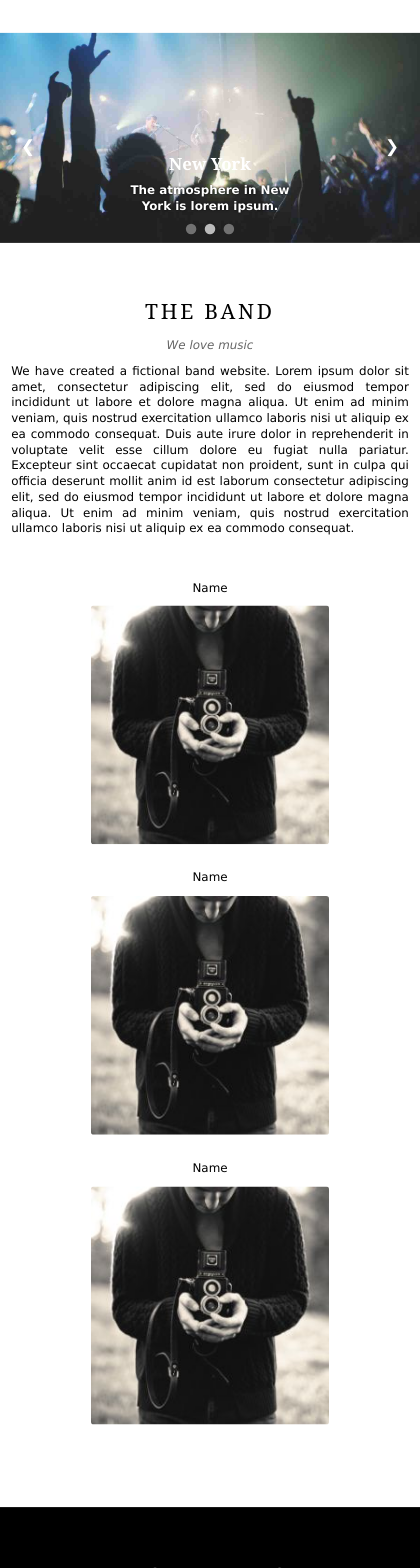
Repository: tam1512/The-Band
Page: index.html
The author's editor kept a copy of each file at every save. The page is drawn from the files as they stood at one save, then again after the next save.
The browser window is 600 px wide. The pictures show the part of the page from y = 0 to 2240 px (the page is 5666 px tall), at 70% of full size.
Some web libraries are served in a nearby version.

Above is the page before, as saved 2022-07-28 11:15:34.

### index.html
<!DOCTYPE html>
<html lang="en">
  <head>
    <meta charset="UTF-8" />
    <meta http-equiv="X-UA-Compatible" content="IE=edge" />
    <meta name="viewport" content="width=device-width, initial-scale=1.0" />
    <link
      rel="stylesheet"
      href="https://cdnjs.cloudflare.com/ajax/libs/font-awesome/6.1.1/css/all.min.css"
      integrity="sha512-KfkfwYDsLkIlwQp6LFnl8zNdLGxu9YAA1QvwINks4PhcElQSvqcyVLLD9aMhXd13uQjoXtEKNosOWaZqXgel0g=="
      crossorigin="anonymous"
      referrerpolicy="no-referrer"
    />
    <link rel="stylesheet" href="./assets/css/style.css" />
    <link rel="stylesheet" href="assets/css/responsive.css">
    <title>The Band</title>
  </head>
  <body>
    <div class="container">
      <!-- header -->
      <div class="header" id="home">
        <ul class="header_nav">
          <li><a href="#">HOME</a></li>
          <li><a href="#band">BAND</a></li>
          <li><a href="#tour">TOUR</a></li>
          <li><a href="#contact">CONTACT</a></li>
          <li class="header_nav_dropdown">
            <a href="javascript:void(0)" class="dropbtn">
              MORE
              <i class="fa-solid fa-caret-down"></i>
            </a>
            <div class="dropdown-content">
              <a href="#">Merchandise</a>
              <a href="#">Extras</a>
              <a href="#">Media</a>
            </div>
          </li>
        </ul>
        <div id="header_search">
          <i class="fa-solid fa-magnifying-glass text-white"></i>
        </div>
        <div class="main-menu text-white" title="Main menu">
          <i class="fa-solid fa-bars"></i>
        </div>
      </div>
      <!-- Slideshow container -->
      <div class="slider">
        <!-- Full-width image with caption text -->
        <div class="slider_slides-cont">
          <div class="slider_slide">
            <img src="assets/img/la.jpg" alt="Los Angeles" />
            <div class="text padding-32-16 text-white">
              <h3 class="fz-24 margin-10-0">Los Angeles</h3>
              <p class="margin-15-0">
                <b class="text-shadow">We had the bes time playing at Venice Beach!</b>
              </p>
            </div>
          </div>

          <div class="slider_slide">
            <img src="assets/img/ny.jpg" alt="New York" />
            <div class="text padding-32-16 text-white">
              <h3 class="fz-24 margin-10-0">New York</h3>
              <p class="margin-15-0">
                <b class="text-shadow">The atmosphere in New York is lorem ipsum.</b>
              </p>
            </div>
          </div>

          <div class="slider_slide">
            <img src="assets/img/chicago.jpg" alt="Chicago" />
            <div class="text padding-32-16 text-white">
              <h3 class="fz-24 margin-10-0">Chicago</h3>
              <p class="margin-15-0">
                <b class="text-shadow">Thank you, Chicago - A night we won't forget</b>
              </p>
            </div>
          </div>
        </div>

        <!-- The pagination/circles -->
         <div class="slider_pagination"></div>

        <!-- Next and previous buttons (navigatin slide)-->
        <a class="prev">&#10094</a>
        <a class="next">&#10095</a>
      </div>
      <div class="content">
          <div class="padding-64-16 text-center" id="band">
            <h2 class="tilte fz-30 margin-10-0">THE BAND</h2>
            <p class="margin-15-0"><i class="sub-title opacity">We love music</i></p>
            <p class="band_content margin-15-0 text-justify">We have created a fictional band website. Lorem ipsum dolor sit amet, consectetur adipiscing elit, sed do eiusmod tempor incididunt ut labore et dolore magna aliqua. Ut enim ad minim veniam, quis nostrud exercitation ullamco laboris nisi ut aliquip ex ea commodo consequat. Duis aute irure dolor in reprehenderit in voluptate velit esse cillum dolore eu fugiat nulla pariatur. Excepteur sint occaecat cupidatat non proident, sunt in culpa qui officia deserunt mollit anim id est laborum consectetur adipiscing elit, sed do eiusmod tempor incididunt ut labore et dolore magna aliqua. Ut enim ad minim veniam, quis nostrud exercitation ullamco laboris nisi ut aliquip ex ea commodo consequat.</p>
            <div class="row band_members padding-32-0">
              <div class="third band_member m-full">
                <p class="margin-15-0">Name</p>
                <img src="assets/img/bandmember.jpg" alt="band member" class="band_member_img margin-bottom-16">
              </div>
              <div class="third band_member m-full">
                <p class="margin-15-0">Name</p>
                <img src="assets/img/bandmember.jpg" alt="band member" class="band_member_img margin-bottom-16">
              </div>
              <div class="third band_member m-full">
                <p class="margin-15-0">Name</p>
                <img src="assets/img/bandmember.jpg" alt="band member" class="band_member_img margin-bottom-16">
              </div>
            </div>
          </div>
          <div class="backgroud-black" id="tour">
            <div class="tour-container padding-64-16 text-center text-white">
              <h2 class="tilte fz-30 margin-10-0">TOUR DATES</h2>
              <p class="margin-15-0"><i class="sub-title opacity">Remember to book your tickets!</i></p>
              <br>
              <ul class="list-month backgroud-white">
                <li class="month-item padding-8-16 boder-bottom">
                  <p class="month text-grey">September</p>
                  <span class="ticket-sold-out text-white">Sold out</span>
                </li>
                <li class="month-item padding-8-16 boder-bottom">
                  <p class="month text-grey">October</p>
                  <span class="ticket-sold-out text-white">Sold out</span>
                </li>
                <li class="month-item padding-8-16 boder-bottom">
                  <p class="month text-grey">November</p>
                  <span class="ticket-still text-white">3</span>
                </li>
              </ul>

              <div class="row ticket-list padding-32-8">
                <div class="ticket-wrap third margin-bottom-16 padding-0-8 m-full">
                  <img class="ticket-img img" src="assets/img/newyork.jpg" alt="Ticket New Yourk">
                  <div class="ticket-content padding-0-16 backgroud-white text-left">
                    <p class="ticket-name margin-15-0 text-black"><b>New Yourk</b></p>
                    <p class="ticket-time margin-15-0 text-grey">Fri 27 Nov 2016</p>
                    <p class="ticket-desc margin-15-0 text-black">Praesent tincidunt sed tellus ut rutrum sed vitae justo.</p>
                    <button class="btn-buy-ticket btn margin-bottom-16">Buy Ticket</button>
                  </div>
                </div>
                <div class="ticket-wrap third margin-bottom-16 padding-0-8 m-full">
                  <img class="ticket-img img" src="assets/img/paris.jpg" alt="Ticket Chicago">
                  <div class="ticket-content padding-0-16 backgroud-white text-left">
                    <p class="ticket-name margin-15-0 text-black"><b>Paris</b></p>
                    <p class="ticket-time margin-15-0 text-grey">Sat 28 Nov 2016</p>
                    <p class="ticket-desc margin-15-0 text-black">Praesent tincidunt sed tellus ut rutrum sed vitae justo.</p>
                    <button class="btn-buy-ticket btn margin-bottom-16">Buy Ticket</button>
                  </div>
                </div>
                <div class="ticket-wrap third margin-bottom-16 padding-0-8 m-full">
                  <img class="ticket-img img" src="assets/img/sanfran.jpg" alt="Ticket San Francisco">
                  <div class="ticket-content padding-0-16 backgroud-white text-left">
                    <p class="ticket-name margin-15-0 text-black"><b>San Francisco</b></p>
                    <p class="ticket-time margin-15-0 text-grey">Sun 29 Nov 2016</p>
                    <p class="ticket-desc margin-15-0 text-black">Praesent tincidunt sed tellus ut rutrum sed vitae justo.</p>
                    <button class="btn-buy-ticket btn margin-bottom-16">Buy Ticket</button>
                  </div>
                </div>
              </div>
            </div>
          </div>
          <div class="padding-64-16 text-center" id="contact">
            <h2 class="tilte fz-30 margin-10-0">CONTACT</h2>
            <p class="margin-15-0"><i class="sub-title opacity">Fan? Drop a note!</i></p>
            <div class="row padding-32-0">
              <div class="contact_content half margin-bottom-16 text-left">
                <p class="margin-bottom-8" id="contact_adress">
                  <i class="fa-solid fa-location-dot"></i>
                  Chicago, US
                </p>
                <p class="margin-bottom-8" id="contact_phone">
                  <i class="fa-solid fa-phone"></i>
                  Phone: <a href="tel:+00 151515">+00 151515</a>
                </p>
                <p class="margin-bottom-8" id="contact_email">
                  <i class="fa-solid fa-envelope"></i>
                  Email: <a href="mailto:mail@mail.com">mail@mail.com</a>
                </p>
              </div>
              <div class="contact_form half row s-m-full">
                <form >
                  <div class="row row-padding name_email_form">
                    <div class="half m-full m-mr-bottom-8">
                      <input type="text" name="contact_name" id="contact_name" class="input full" placeholder="Name" required>
                    </div>
                    <div class="half m-full">
                      <input type="email" name="contact_email" id="contact_email" class="input full" placeholder="Email" required>
                    </div>
                  </div>
                  <input type="text" name="contact_message" id="contact_message" class="full input" placeholder="Message" required>
                  <input type="submit" class="btn right margin-16-0" value="SEND"></input>
                </form>
              </div>
            </div>
          </div>
          <!-- img of location/ map -->
          <img src="assets/img/map.jpg" alt="Location/Map" class="img-map img">
      </div>
      <div class="footer padding-64-16 text-center text-grey">
        <div class="social-media fz-24">
          <i class="fa-brands fa-facebook-square"></i>
          <i class="fa-brands fa-instagram"></i>
          <i class="fa-brands fa-snapchat"></i>
          <i class="fa-brands fa-pinterest-p"></i>
          <i class="fa-brands fa-twitter"></i>
          <i class="fa-brands fa-linkedin-in"></i>
        </div>
        <p class="powered margin-15-0">
          Powered by
          <a class="text-grey" href="javascript:void(0);" target="_blank">w3.css</a>
        </p>
      </div>
    </div>
    <!-- Ticket modal -->
    <div id="ticketModal">
     <div class="ticket-modal-content">
       <div class="modal-heading padding-32-16">
         <span class="btn-ticket-out btn">&times;</span>
         <h2 class="ticket-title text-center text-white fz-30">
           <i class="fa-solid fa-suitcase"></i>
           Tickets
         </h2>
       </div>
       <form class="ticket-form padding-0-16">
         <label class="ticket-form-label margin-16-0" for="quantity_person">
           <i class="fa-solid fa-cart-shopping"></i>
           Tickets, $15 per person
         </label>
         <input type="text" class="input full" id="quantity_person" name="quantity_person" placeholder="How many?">
         <label class="ticket-form-label margin-16-0" for="email">
           <i class="fa-solid fa-user"></i>
           Send To
         </label>
         <input type="email" class="input full" id="email" name="email" placeholder="Enter email">
         <a href="javascipt:void(0)" class="big-btn btn margin-16-0">
           Pay
           <i class="fa-solid fa-check"></i>
         </a>
       </form>
       <div class="modal-footer padding-0-16">
         <button class="ticket-footer-close btn margin-16-0">
           Close
           <i class="fa-solid fa-xmark"></i>
         </button>
         <p class="ticket-help margin-15-0">
           Need
           <a href="javascript::void(0);">help?</a>
         </p>
       </div>
     </div>
    </div>
    <script src="assets/js/js.js"></script>
  </body>
</html>

### assets/css/style.css
:root {
}

* {
  padding: 0em;
  margin: 0;
  box-sizing: border-box;
}

body {
  font-family: Verdana, sans-serif;
  font-size: 15px;
  line-height: 22.5px;
}

html {
  scroll-behavior: smooth;
}

h1,
h2,
h3,
h4,
h5,
h6 {
  font-family: Georgia, serif;
}

.row:after {
  content: "";
  display: table;
  clear: both;
}

.row-padding {
  padding: 0 8px;
}

.row-padding > .half {
  padding: 0 8px;
}

.third {
  float: left;
  width: calc(100% / 3);
}

.half {
  float: left;
  width: 50%;
}

.full {
  width: 100%;
}

.right {
  float: right;
}

.fz-24 {
  font-size: 24px;
}

.fz-30 {
  font-size: 30px;
}

.text-white {
  color: white;
}

.text-grey {
  color: #757575;
}

.text-black {
  color: #000;
}

.opacity {
  opacity: 0.6 !important;
}

.backgroud-black {
  background-color: #000;
}

.backgroud-white {
  background-color: #fff;
}

.text-center {
  text-align: center;
}

.text-justify {
  text-align: justify;
}

.text-left {
  text-align: left;
}

.padding-0-8 {
  padding: 0.01em 8px !important;
}

.padding-0-16 {
  padding: 0.01em 16px !important;
}

.padding-64-16 {
  padding: 64px 16px !important;
}

.padding-32-16 {
  padding: 32px 16px !important;
}

.padding-32-8 {
  padding: 32px 8px !important;
}

.padding-32-0 {
  padding: 32px 0 !important;
}

.padding-8-16 {
  padding: 8px 16px !important;
}

.padding-32 {
  padding: 32px !important;
}

.margin-0-24 {
  margin: 0 24px !important;
}

.margin-10-0 {
  margin: 10px 0 !important;
}

.margin-15-0 {
  margin: 15px 0 !important;
}

.margin-16-0 {
  margin: 16px 0 !important;
}

.margin-bottom-16 {
  margin-bottom: 16px !important;
}

.margin-bottom-8 {
  margin-bottom: 8px !important;
}

.text-shadow {
  text-shadow: 0 0 3px #000;
}

.boder-bottom {
  border-bottom: 1px solid #ddd;
}

.btn {
  display: inline-block;
  text-decoration: none;
  color: white;
  border: none;
  outline: none;
  padding: 8px 16px;
  background-color: #000;
  line-height: 22.5px;
  font-size: 15px;
  text-align: center;
  cursor: pointer;
}

.btn:hover {
  background-color: #ccc;
  color: #000;
}

.img {
  width: 100%;
  outline: none;
  vertical-align: middle;
}

.header {
  position: fixed;
  top: 0;
  right: 0;
  left: 0;
  z-index: 2;
}

.header_nav {
  list-style-type: none;
  background-color: #000;
  overflow: hidden;
}

.header_nav > li {
  float: left;
}

.header_nav > li > a,
.dropbtn {
  display: inline-block;
  padding: 12px 24px;
  text-align: center;
  color: #fff;
  text-decoration: none;
}

.header_nav > li > a:hover,
.header_nav_dropdown:hover,
.dropbtn:hover,
.dropdown-content a:hover {
  background-color: #ccc;
  color: black;
}

li.header_nav_dropdown {
  display: inline-block;
  /* position: relative; */
}

.dropdown-content {
  display: none;
  position: absolute;
  min-width: 160px;
  background-color: #fff;
  box-shadow: 0px 8px 16px 0px rgba(0, 0, 0, 0.2);
  z-index: 1;
}

.dropdown-content a {
  color: #000 !important;
  text-align: left;
  padding: 8px 16px;
  display: block;
  text-decoration: none;
}

.header_nav_dropdown:hover .dropdown-content {
  display: block;
}

#header_search {
  position: absolute;
  top: 0;
  right: 0;
  padding: 12px 24px;
}

#header_search:hover {
  background-color: #f44336;
}

/* Slider */
/* Slideshow container */
.slider {
  top: 47px;
}

.slider,
.slider_slides-cont {
  max-width: 100%;
  height: auto;
  position: relative;
  margin: auto;
}

/* Hide the images by default */
.slider_slide {
  display: none;
}

.slider_slide:first-child {
  display: block;
}

.slider_slides-cont img {
  width: 100%;
  height: 100%;
}

/* Next & previous buttons */
.prev,
.next {
  cursor: pointer;
  position: absolute;
  top: 50%;
  transform: translate(0, -50%);
  margin: 10px;
  padding: 24px 20px;
  color: #fff;
  font-weight: bold;
  font-size: 24px;
  transition: background-color 0.6s ease;
  border-radius: 5px 5px 5px 5px;
  user-select: none;
}

/* Position the "next button" to the right */
.next {
  right: 0;
  border-radius: 5px 5px 5px 5px;
}

/* On hover, add a black backgroound color with a little bit see-through */
.prev:hover,
.next:hover {
  background-color: rgba(191, 191, 191, 0.6);
  color: rgb(26, 23, 23);
  font-weight: bolder;
}

/* Caption text */
.text {
  position: absolute;
  left: 50%;
  transform: translate(-50%, -100%);
  text-align: center;
}

.slider_pagination {
  position: absolute;
  left: 50%;
  transform: translate(-50%, -120%);
}

.slider_pagination_btn {
  cursor: pointer;
  padding: 6px;
  background-color: transparent;
  display: inline-block;
  transition: background-color 0.6s ease;
}

.slider_pagination_btn::before {
  content: "";
  display: inline-block;
  height: 15px;
  width: 15px;
  border-radius: 50%;
  background-color: #717171;
}
.slider_pagination_btn.slider_pagination_btn--sel::before,
.slider_pagination_btn:hover::before {
  background-color: #bbb;
}

/* content */

.content {
  margin-top: 41px;
}

#band,
.tour-container,
#contact {
  max-width: 800px;
  margin-left: auto;
  margin-right: auto;
}

.tilte {
  font-weight: normal;
  line-height: 45px;
  letter-spacing: 4px;
}

/* band */
/* Third image */

.band_member_img {
  width: 60%;
  border-radius: 4px;
}

/* Month ticket */
.list-month {
  list-style-type: none;
  text-align: left;
}

.month-item {
  position: relative;
}

.month {
  display: inline-block;
}

.ticket-sold-out {
  display: inline-block;
  background-color: #f44336;
  padding: 0.01em 8px;
  margin-left: 16px;
}

.ticket-still {
  display: inline-block;
  padding: 0.01em 8px;
  position: absolute;
  right: 32px;
  text-align: center;
  background-color: #000;
  border-radius: 50%;
}

/* ticket list */
.ticket-list {
  margin: 0 -16px;
}

.ticket-img:hover {
  opacity: 0.6;
}

/* ticket modal */
#ticketModal {
  display: none;
  position: fixed;
  top: 0;
  right: 0;
  bottom: 0;
  left: 0;
  overflow: auto;
  background-color: rgba(0, 0, 0, 0.4);
  z-index: 3;
}

.ticket-modal-content {
  position: relative;
  top: 49px;
  width: 500px;
  margin: auto;
  background-color: #fff;
  box-shadow: 0 4px 10px 0 rgb(0 0 0 / 20%), 0 4px 20px 0 rgb(0 0 0 / 19%);
  animation: animationtop 0.4s;
}

.modal-heading {
  background-color: #009688;
}

.ticket-title {
  font-weight: normal;
  letter-spacing: 4px;
  margin: 10px 0;
  line-height: 45px;
}

.ticket-title i {
  margin-right: 8px;
}

.btn-ticket-out {
  position: absolute;
  top: 0;
  right: 0;
  font-size: 20px;
  line-height: 36px;
  background-color: transparent;
}

.ticket-form-label {
  display: block;
}

.ticket-form-label i {
  line-height: 15px;
  font-size: 13px;
}

.input {
  display: block;
  padding: 8px;
  font-size: 15px;
  line-height: 22.5px;
  border: 1px solid #ccc;
  background-color: #fff;
}

.big-btn {
  padding: 16px;
  background-color: #009688;
  width: 100%;
  text-transform: uppercase;
}

/* modal footer */
.ticket-footer-close {
  line-height: 20px;
  background-color: #f44336;
}

.ticket-help {
  float: right;
}

.ticket-help a {
  color: #2196f3;
}

.modal-footer::after {
  content: "";
  clear: both;
}

@keyframes animationtop {
  from {
    top: -300px;
    opacity: 0;
  }
  to {
    top: 49px;
    opacity: 1;
  }
}

/* CONTACT */
.contact_content {
  font-size: 18px;
  font-weight: normal;
}

.contact_content > p > i {
  width: 30px;
}

.name_email_form {
  margin: 0 -16px 8px;
}

/* img location/map */
.img-map {
  max-width: 100%;
  filter: grayscale(50%);
}

/* footer */
.social-media > i:hover {
  opacity: 0.6;
  cursor: pointer;
}

### assets/css/responsive.css
/* PC */
@media (min-width: 1024px) {
}

/* tablet and mobile */
@media (max-width: 1023px) {
}

/* tablet */
@media (max-width: 1023px) and (min-width: 740px) {
}

/* mobile */
@media (max-width: 739px) {
  body {
    font-size: 17px;
  }

  .btn {
    padding: 13px 16px;
    width: 100%;
  }

  .m-full {
    width: 100%;
  }
  .m-mr-bottom-8 {
    margin-bottom: 8px;
  }

  /* header  */
  #header_search {
    display: none;
  }

  .main-menu {
    position: absolute;
    top: 0;
    right: 0;
    padding: 12px 24px;
  }

  .main-menu:hover {
    background-color: #ccc;
    cursor: pointer;
    color: #000;
  }

  .header_nav > li {
    display: none;
    float: none;
  }

  .dropdown-content {
    width: 100%;
  }
}

/* small-moblie */
@media (max-width: 636px) {
  .s-m-full {
    width: 100%;
  }
}

### assets/js/js.js
let currentIndex = 0;
let newIndex = 0;
let autoplay = true;

//tạo một object cho việc tự động chuyển slide
let Autoplay = {
  timerID: null,
  interval: 4000,

  start: function () {
    this.timerID = setInterval(function () {
      newIndex++;
      navigateSlider();
    }, this.interval);
  },

  reset: function () {
    clearInterval(this.timerID);
    this.start();
  },
};

let slideElements = document.getElementsByClassName("slider_slide");
let slidesLength = slideElements.length;
let paginationElement = document.getElementsByClassName("slider_pagination")[0];
let prevElement = document.getElementsByClassName("prev")[0];
let nextElement = document.getElementsByClassName("next")[0];
// variable modal
let modal = document.getElementById("ticketModal");
let headerModalOut = document.getElementsByClassName("btn-ticket-out")[0];
let footerModalOut = document.getElementsByClassName("ticket-footer-close")[0];
let btnBuyTickets = document.getElementsByClassName("btn-buy-ticket");
// SLIDER
// lấy sự kiện click của 2 nut prev và next
prevElement.addEventListener("click", function () {
  newIndex--;
  navigateSlider();
});

nextElement.addEventListener("click", function () {
  newIndex++;
  navigateSlider();
});

// tạo số dot tương ứng với số slide
paginationHTML = [];
for (let i = 0; i < slidesLength; i++) {
  paginationHTML.push(
    `<span class="slider_pagination_btn" data-index="${i}"></span>`
  );
}
// Thêm paginationHTML vào bên trong thẻ HTML
paginationElement.innerHTML = paginationHTML.join("");

//kiểm tra xem đã có phần tử chứa class="slider_pagination_btn" chưa? nếu có lấy giá trị trong data-index của nó gán cho newIndex
paginationElement.addEventListener("click", function (e) {
  let target = e.target;
  if (target.classList.contains("slider_pagination_btn")) {
    newIndex = Number(target.getAttribute("data-index"));
    navigateSlider();
  }
});

// Hàm hiện thị slide
function navigateSlider() {
  // Kiểm tra để newIndex luôn nằm trong khoảng từ 0 -> slideLength
  if (newIndex < 0) {
    newIndex = slidesLength - 1;
  } else if (newIndex > slidesLength - 1) {
    newIndex = 0;
  }

  //Thêm và xóa slider_pagination_btn--sel
  paginationElement.childNodes[currentIndex].classList.remove(
    "slider_pagination_btn--sel"
  );
  paginationElement.childNodes[newIndex].classList.add(
    "slider_pagination_btn--sel"
  );

  //reset interval(khoảng thời gian) để slide không gặp vấn đề về chuyển đổi
  if (autoplay) {
    Autoplay.reset();
  }

  //Ẩn slide trước và hiện slide cần hiện
  slideElements[currentIndex].style.display = "none";
  slideElements[newIndex].style.display = "block";

  currentIndex = newIndex;
}

// thiết lập autoplay cho slider
if (autoplay) {
  Autoplay.start();
}

// khi load page sẽ bị lỗi hiển thị ban đầu, đây là cách giải quyết
navigateSlider();

// END SLIDER

// MODAL

for (let i = 0; i < btnBuyTickets.length; i++) {
  btnBuyTickets[i].addEventListener("click", () => {
    openModal();
  });
}

headerModalOut.addEventListener("click", function () {
  outMoDal();
});
footerModalOut.addEventListener("click", function () {
  outMoDal();
});

window.addEventListener("click", function (e) {
  if (e.target == modal) {
    outMoDal();
  }
});

function openModal() {
  modal.style.display = "block";
}

function outMoDal() {
  modal.style.display = "none";
}

After the next save:
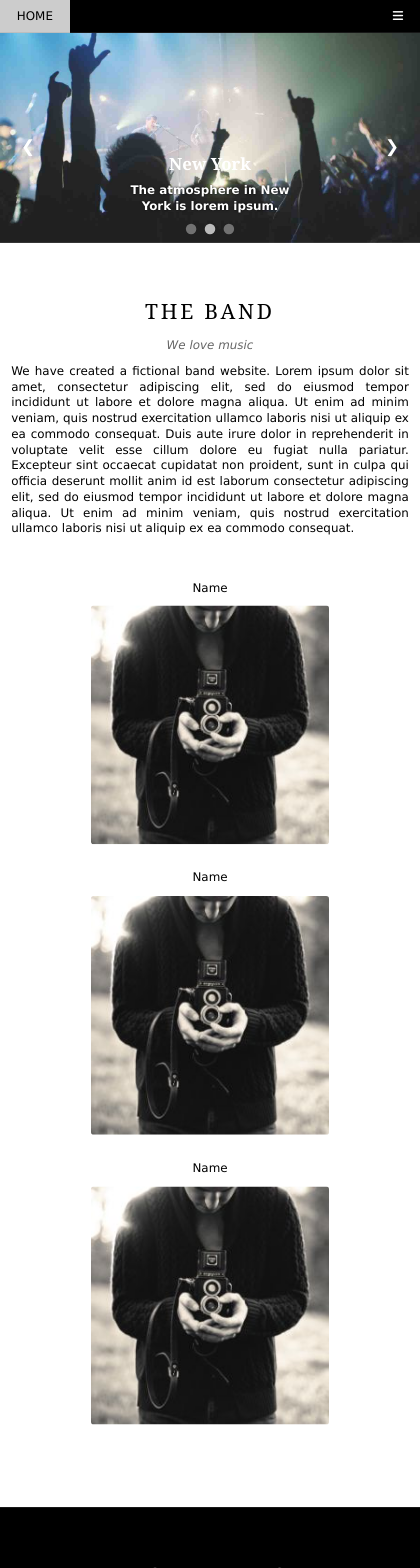
Saved 21 s later.
--- a/assets/css/responsive.css
+++ b/assets/css/responsive.css
@@ -51,6 +51,10 @@
     float: none;
   }
 
+  .header_nav > li:first-child {
+    display: block;
+  }
+
   .dropdown-content {
     width: 100%;
   }

After the save that followed:
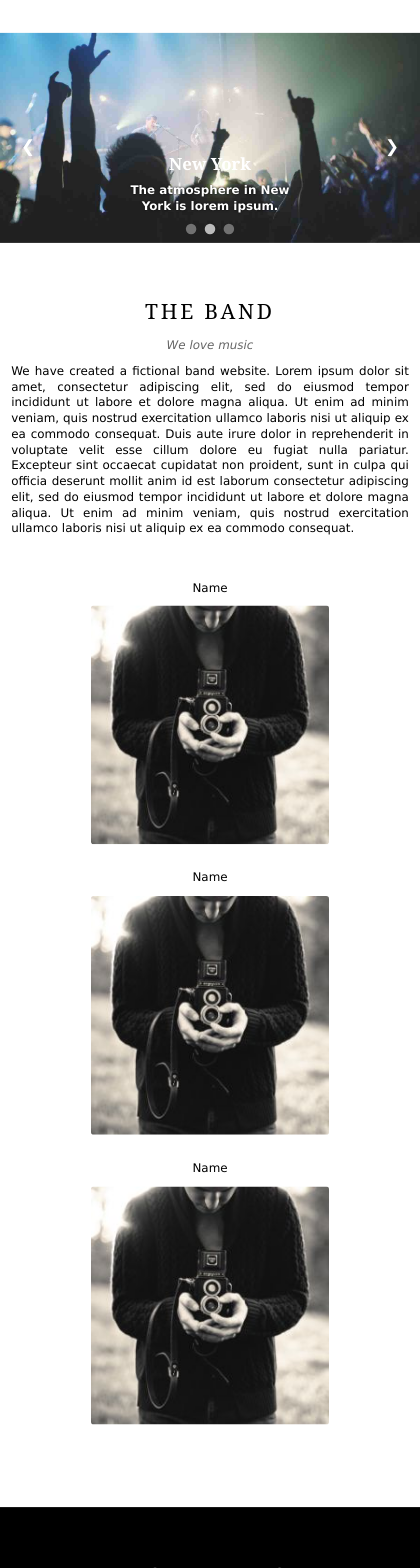
Saved 61 s later.
--- a/assets/css/responsive.css
+++ b/assets/css/responsive.css
@@ -46,8 +46,11 @@
     color: #000;
   }
 
+  .header_nav {
+    display: none;
+  }
+
   .header_nav > li {
-    display: none;
     float: none;
   }
 
